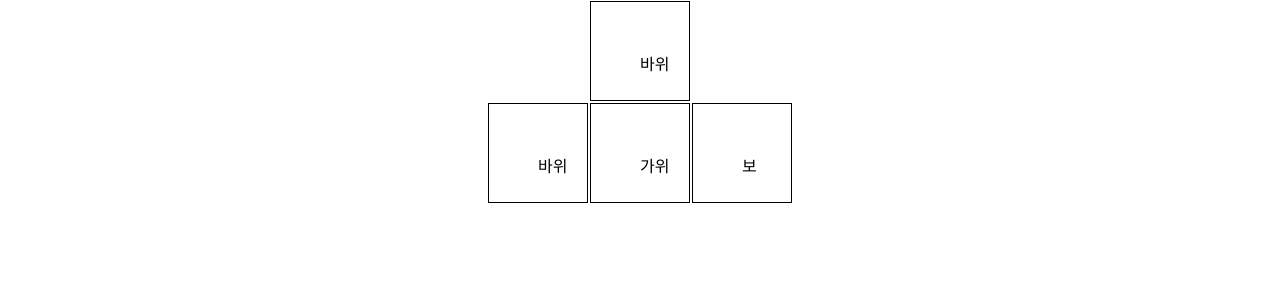
Repository: venandi48/RockScissorPaper-Game
Page: index.html
An editor plug-in stored every save of this project. The page is shown before and after the next save, followed by the edit.
The browser window is 1280 px wide. The pictures show the whole page.
The pointer rests on the first visible `.user .choice`.
The style sheet was rebuilt from its Sass, Less or Tailwind sources for each picture, by a compiler version that may differ from the author's.

Above is the page before, as saved 2023-11-13 13:43:10.

After the next save:
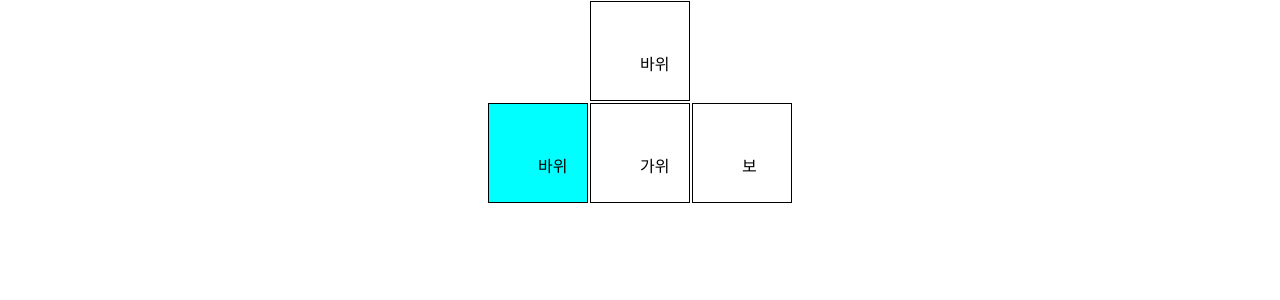
Saved 48 s later.
--- a/style.scss
+++ b/style.scss
@@ -16,6 +16,10 @@
   flex-direction: column;
   justify-content: center;
   align-items: center;
+}
+
+.user .choice:hover {
+  background-color: aqua;
 }
 
 .choice {
